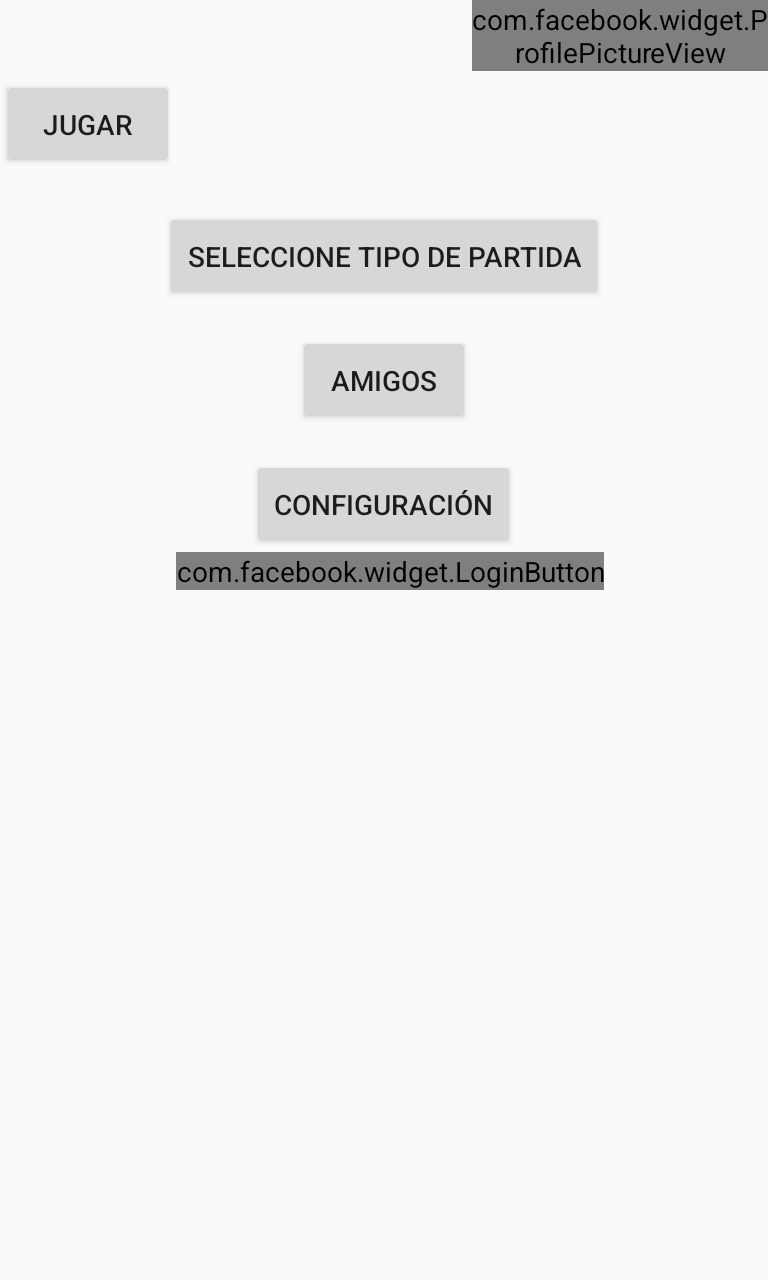
Repository: MVidi/juegos
Layout: SermoJuego/res/layout/pantallamenu.xml
The author's editor kept a copy of each file at every save. The layout is drawn from the files as they stood at one save, then again after the next save.
Pictures or frames that could not be fetched are drawn as grey boxes. It is drawn on a 768 x 1280 px phone screen (xhdpi) without system bars, with theme AppTheme; the app's code is not run.

Above is the layout before, as saved 2014-08-11 17:15:48.

### SermoJuego/res/layout/pantallamenu.xml
<?xml version="1.0" encoding="utf-8"?>
<RelativeLayout xmlns:android="http://schemas.android.com/apk/res/android"
    xmlns:fb="http://schemas.android.com/apk/res-auto"
    android:layout_width="match_parent"
    android:layout_height="match_parent"
    >

    <Button
        android:id="@+id/configurarPM"
        android:layout_width="wrap_content"
        android:layout_height="wrap_content"
        android:layout_below="@+id/amigosPM"
        android:layout_centerHorizontal="true"
        android:layout_marginTop="14dp"
        android:text="@string/configurar" />

    <Button
        android:id="@+id/amigosPM"
        android:layout_width="wrap_content"
        android:layout_height="wrap_content"
        android:layout_below="@+id/tipopartidaPM"
        android:layout_centerHorizontal="true"
        android:layout_marginTop="14dp"
        android:text="@string/amigos" />

    <Button
        android:id="@+id/tipopartidaPM"
        android:layout_width="wrap_content"
        android:layout_height="wrap_content"
        android:layout_below="@+id/jugarPM"
        android:layout_centerHorizontal="true"
        android:layout_marginTop="18dp"
        android:text="@string/tipopartida" />

    <Button
        android:id="@+id/jugarPM"
        android:layout_width="wrap_content"
        android:layout_height="wrap_content"
        android:layout_alignParentTop="true"
        android:layout_marginTop="38dp"
        android:onClick="empezarJuego"
        android:text="@string/jugar" />

    <com.facebook.widget.ProfilePictureView
        android:id="@+id/profilePictureView1"
        android:layout_width="wrap_content"
        android:layout_height="wrap_content"
        android:layout_alignParentTop="true"
        android:layout_toRightOf="@+id/amigosPM" >
    </com.facebook.widget.ProfilePictureView>

        <com.facebook.widget.LoginButton
            android:id="@+id/loginButton1"
            android:layout_width="wrap_content"
            android:layout_height="wrap_content"
            android:layout_below="@+id/configurarPM"
            android:layout_toRightOf="@+id/jugarPM"
            android:text="@string/registrate"
            fb:logout_text="Connecting with facebook" />

</RelativeLayout>

### SermoJuego/res/values/strings.xml
<?xml version="1.0" encoding="utf-8"?>
<resources>

    <string name="app_name">SERMO</string>
    <string name="hello_world">Hello world!</string>
    <string name="juego">¡Bienvenido a SERMO !</string>
    <string name="action_settings">Settings</string>
  	<string name="Usuario">Nombre de usuario</string>
  	<string name="Contrasena">Contraseña</string>
  	<string name="Aceptar">Aceptar</string>
  	<string name="Invitado">Invitado</string>
  	<string name="nuevoUsuario">Nuevo Usuario</string>
  	<string name="jugar">jugar</string>
  	<string name="amigos">Amigos</string>
  	<string name="configurar">Configuración</string>
  	<string name="tipopartida">Seleccione tipo de partida</string>
  	<string name="registrate">Usa tu usuario de facebook</string>
  	 <string name="app_id">1478201349095394</string>
</resources>

Loaded but not shown: SermoJuego/res/values/styles.xml (common file); SermoJuego/res/values-v11/styles.xml (common file); SermoJuego/res/values-v14/styles.xml (common file)

After the next save:
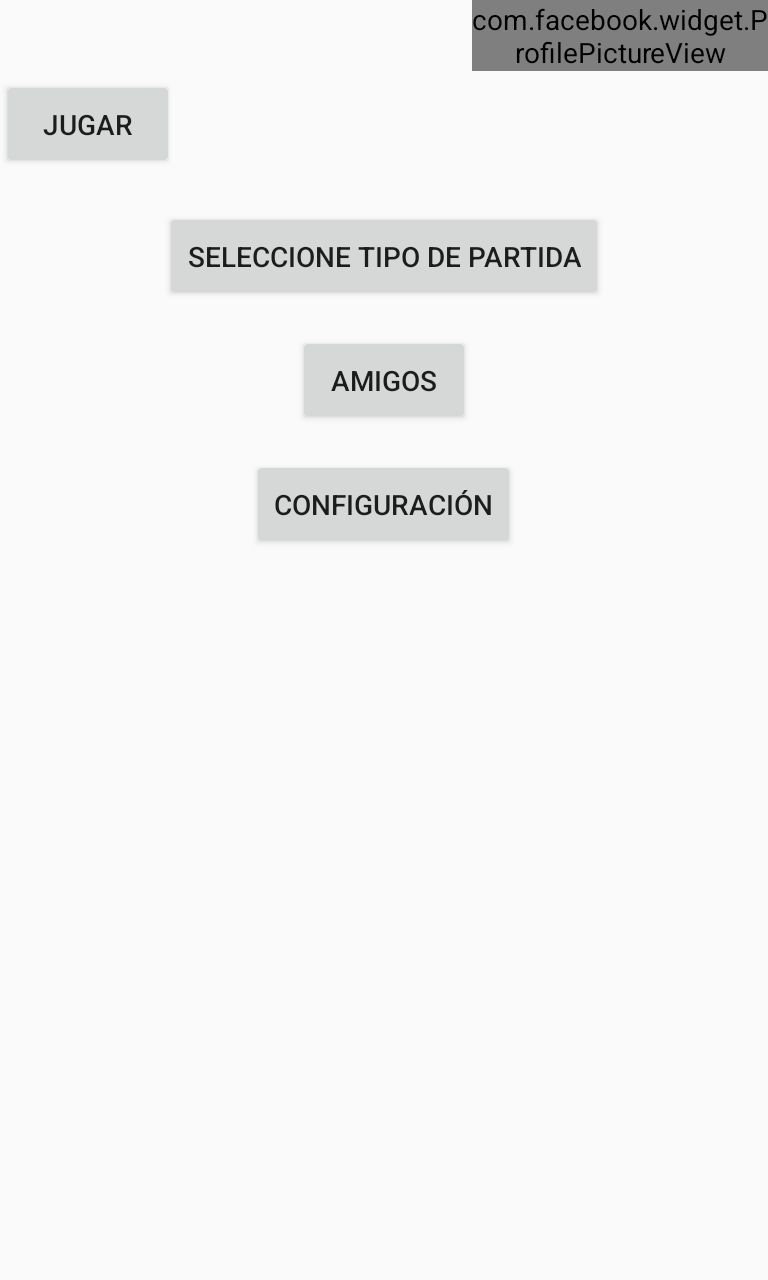
Saved 2 min 46 s later.
--- a/SermoJuego/res/layout/pantallamenu.xml
+++ b/SermoJuego/res/layout/pantallamenu.xml
@@ -49,13 +49,4 @@
         android:layout_toRightOf="@+id/amigosPM" >
     </com.facebook.widget.ProfilePictureView>
 
-        <com.facebook.widget.LoginButton
-            android:id="@+id/loginButton1"
-            android:layout_width="wrap_content"
-            android:layout_height="wrap_content"
-            android:layout_below="@+id/configurarPM"
-            android:layout_toRightOf="@+id/jugarPM"
-            android:text="@string/registrate"
-            fb:logout_text="Connecting with facebook" />
-
 </RelativeLayout>

After the save that followed:
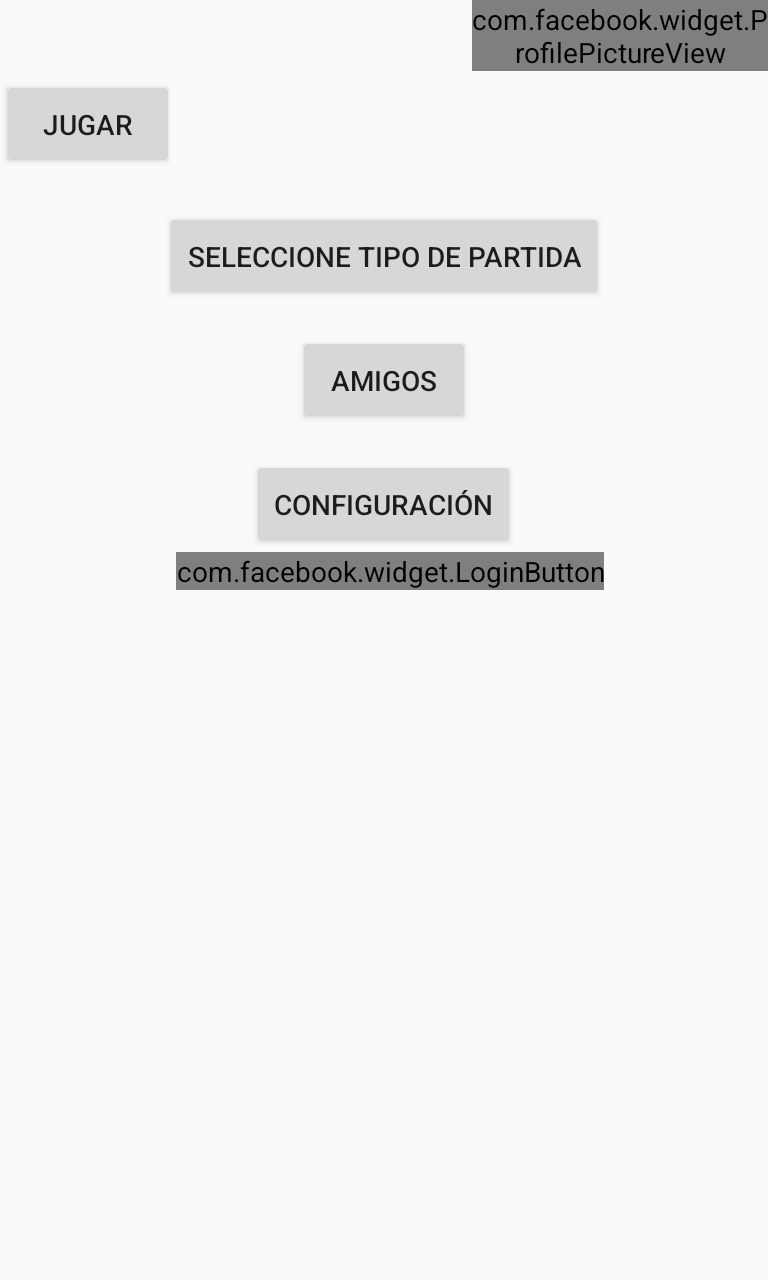
Saved 2 min 16 s later.
--- a/SermoJuego/res/layout/pantallamenu.xml
+++ b/SermoJuego/res/layout/pantallamenu.xml
@@ -49,4 +49,13 @@
         android:layout_toRightOf="@+id/amigosPM" >
     </com.facebook.widget.ProfilePictureView>
 
+        <com.facebook.widget.LoginButton
+            android:id="@+id/loginButton1"
+            android:layout_width="wrap_content"
+            android:layout_height="wrap_content"
+            android:layout_below="@+id/configurarPM"
+            android:layout_toRightOf="@+id/jugarPM"
+            android:text="@string/registrate"
+            fb:logout_text="Connecting with facebook" />
+
 </RelativeLayout>
